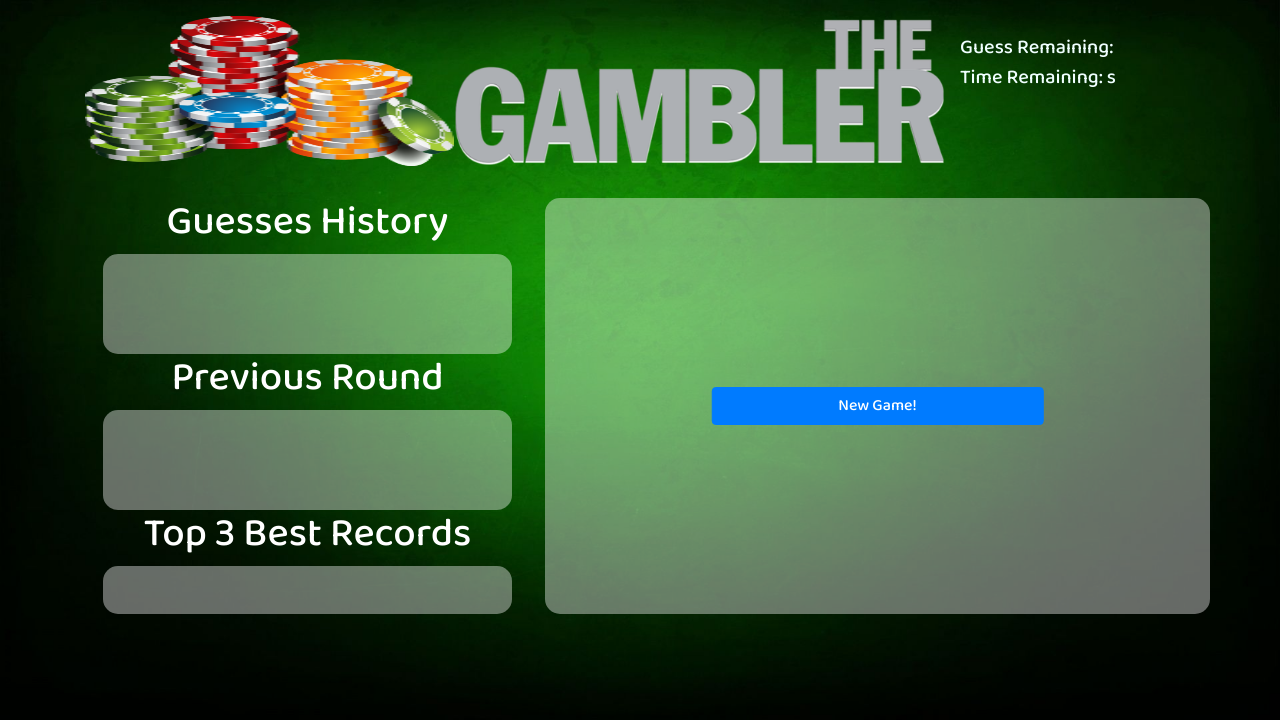
Repository: tts2610/TheCheapShootingGame
Page: index.html
The author's editor kept a copy of each file at every save. The page is drawn from the files as they stood at one save, then again after the next save.
The browser window is 1280 px wide. The pictures show the whole page.

Above is the page before, as saved 2020-05-15 12:22:11.

After the next save:
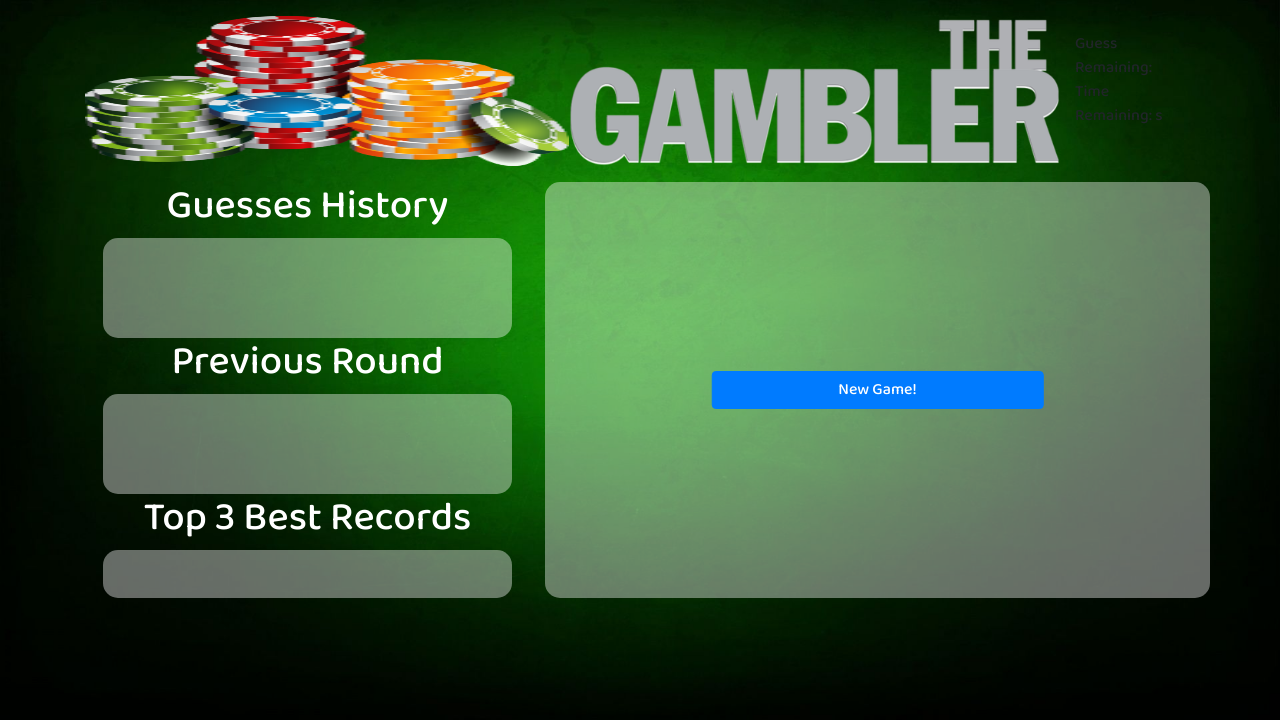
Saved 42 s later.
--- a/index.html
+++ b/index.html
@@ -32,7 +32,7 @@
             <img class="center mb-3" src="img/chips.png" width="auto" height="150">
             <img class="center mb-3" src="img/gambler.png" width="auto" height="150">
             <!-- <img class="center mb-3" src="img/cards.png" width="auto" height="150"> -->
-            <div class="result my-3" style="min-width:250px ; height: 150px; font-size: 20px; color: azure;">
+            <div class="result my-3">
                 <div class="col">Guess Remaining:
                     <span id="guessRemaining"></span>
                 </div>

After the save that followed:
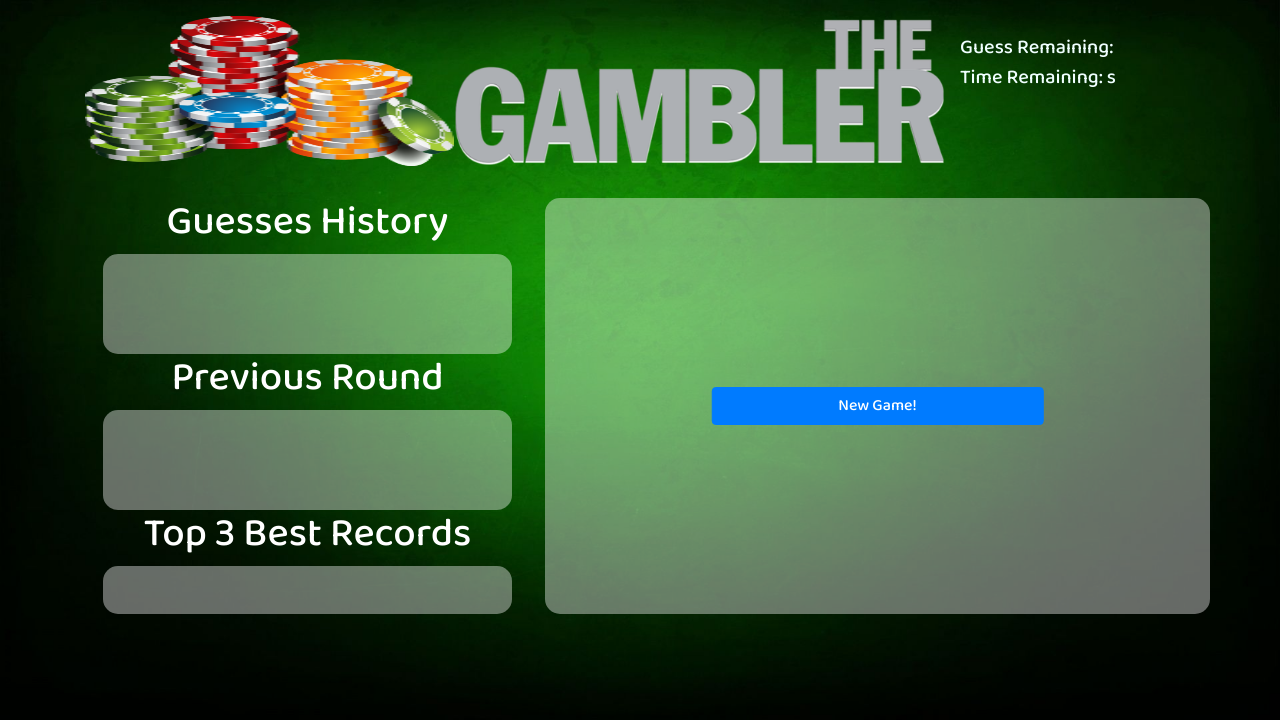
Saved 27 s later.
--- a/css/style.css
+++ b/css/style.css
@@ -71,13 +71,10 @@ h1 {
 }
 
 .result {
-    /* width: 50%; */
-    /* position: absolute;
-    top: 65%;
-    left: 50%; */
-    /* transform: translate(-50%, -50%);
-    font-size: medium;
-    text-align: center; */
+    min-width: 250px;
+    height: 150px;
+    font-size: 20px;
+    color: azure;
 }
 
 .numberGuessingBox .row .right_handSide .customForm .submitBtn {
